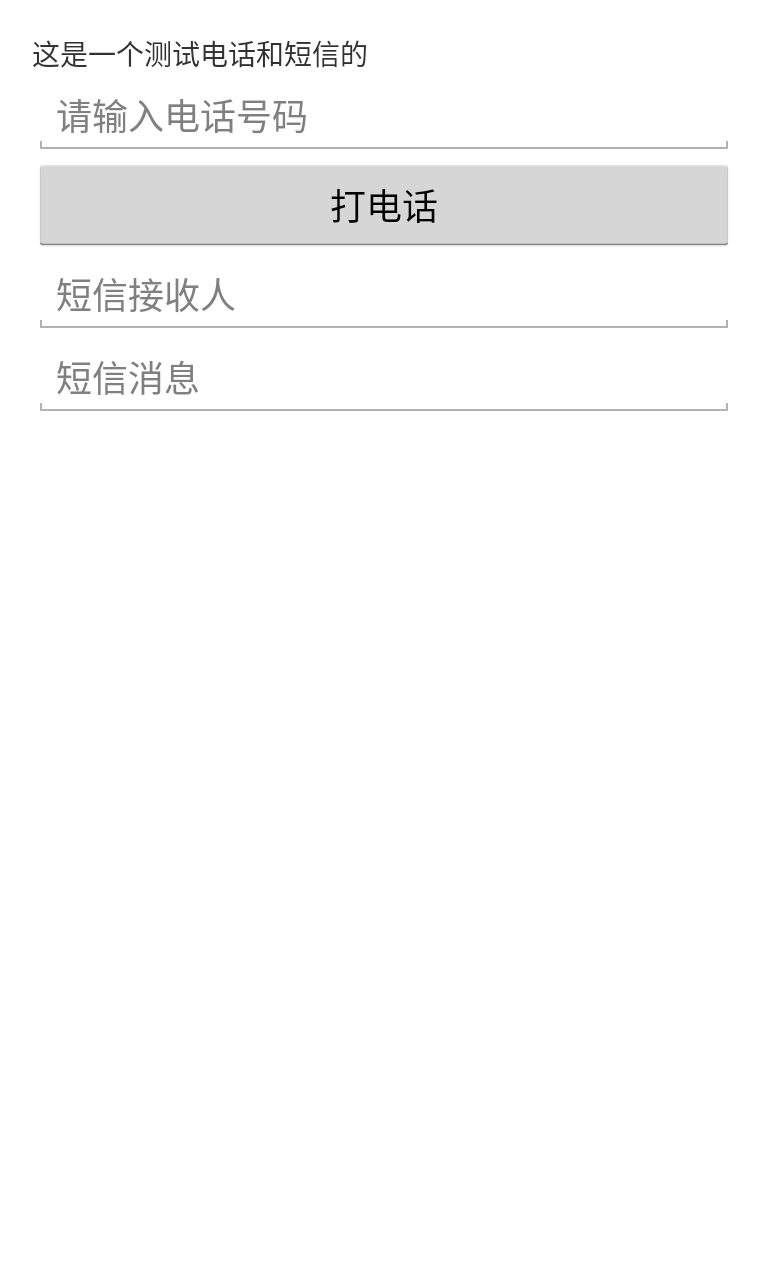
Repository: qwer2714856/Android_learn
Layout: phoneAndMessageLx/res/layout/activity_main.xml
An editor plug-in stored every save of this project. The layout is shown before and after the next save, followed by the edit.
It is drawn on a 768 x 1280 px phone screen (xhdpi) without system bars, with theme AppTheme; the app's code is not run.

Above is the layout before, as saved 2015-09-25 03:44:52.

### phoneAndMessageLx/res/layout/activity_main.xml
<LinearLayout xmlns:android="http://schemas.android.com/apk/res/android"
    xmlns:tools="http://schemas.android.com/tools"
    android:layout_width="match_parent"
    android:layout_height="match_parent"
    android:paddingBottom="@dimen/activity_vertical_margin"
    android:paddingLeft="@dimen/activity_horizontal_margin"
    android:paddingRight="@dimen/activity_horizontal_margin"
    android:paddingTop="@dimen/activity_vertical_margin"
    tools:context="com.theadventus.phoneandmessagelx.MainActivity"
    android:orientation="vertical"
    >

    <TextView
        android:layout_width="wrap_content"
        android:layout_height="wrap_content"
        android:text="这是一个测试电话和短信的" />

    <EditText
        android:layout_width="match_parent"
        android:layout_height="wrap_content"
        android:hint="请输入电话号码"
        android:id="@+id/callNumber"
        />
    <Button
        android:layout_width="match_parent"
        android:layout_height="wrap_content"
        android:text="打电话"
        android:onClick="call"
        />
    <EditText
        android:layout_width="match_parent"
        android:layout_height="wrap_content"
        android:hint="短信接收人"
        android:id="@+id/messagepeople"
        />

    <EditText
        android:layout_width="match_parent"
        android:layout_height="wrap_content"
        android:hint="短信消息"
        android:id="@+id/message"
        />


</LinearLayout>

Loaded but not shown: phoneAndMessageLx/res/values/styles.xml (common file); phoneAndMessageLx/res/values-v11/styles.xml (common file); phoneAndMessageLx/res/values-v14/styles.xml (common file); phoneAndMessageLx/res/values/dimens.xml (common file); phoneAndMessageLx/res/values-w820dp/dimens.xml (common file)

After the next save:
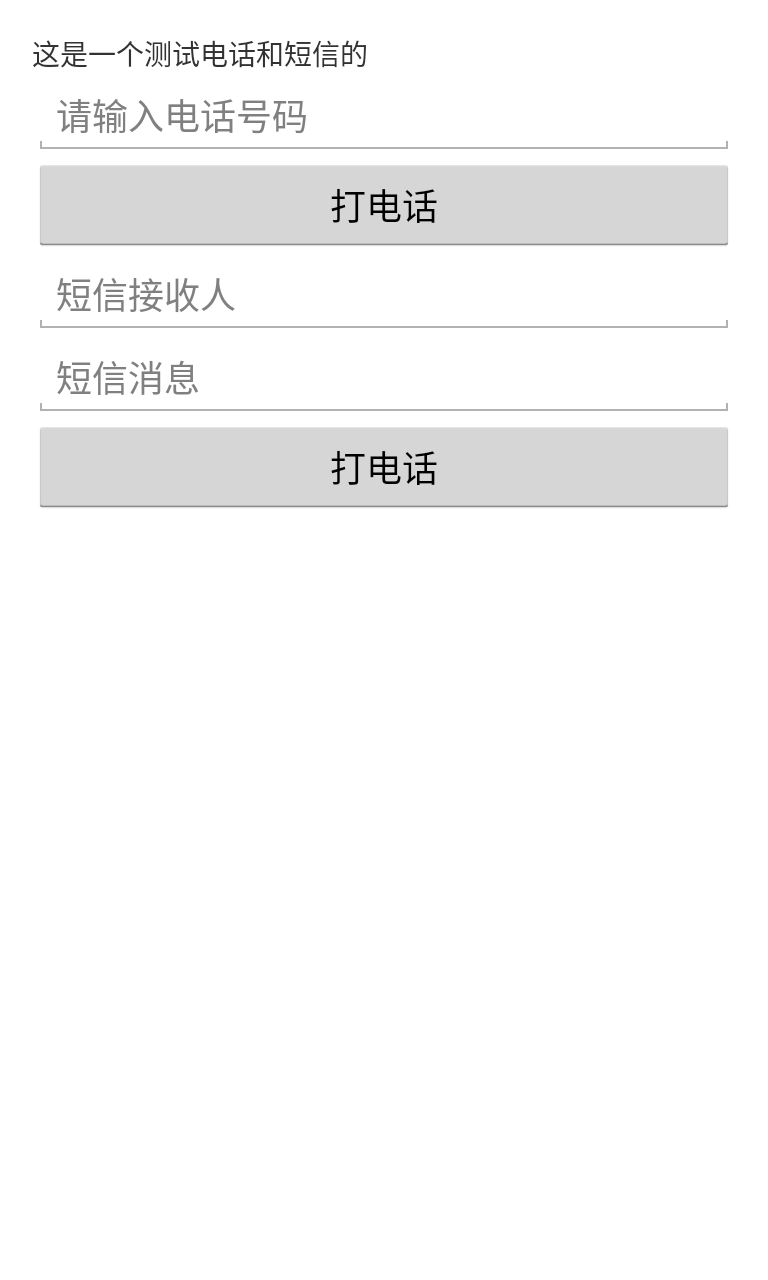
Saved 8 s later.
--- a/phoneAndMessageLx/res/layout/activity_main.xml
+++ b/phoneAndMessageLx/res/layout/activity_main.xml
@@ -40,6 +40,11 @@
         android:hint="短信消息"
         android:id="@+id/message"
         />
-
+    <Button
+        android:layout_width="match_parent"
+        android:layout_height="wrap_content"
+        android:text="打电话"
+        android:onClick="call"
+        />
 
 </LinearLayout>
